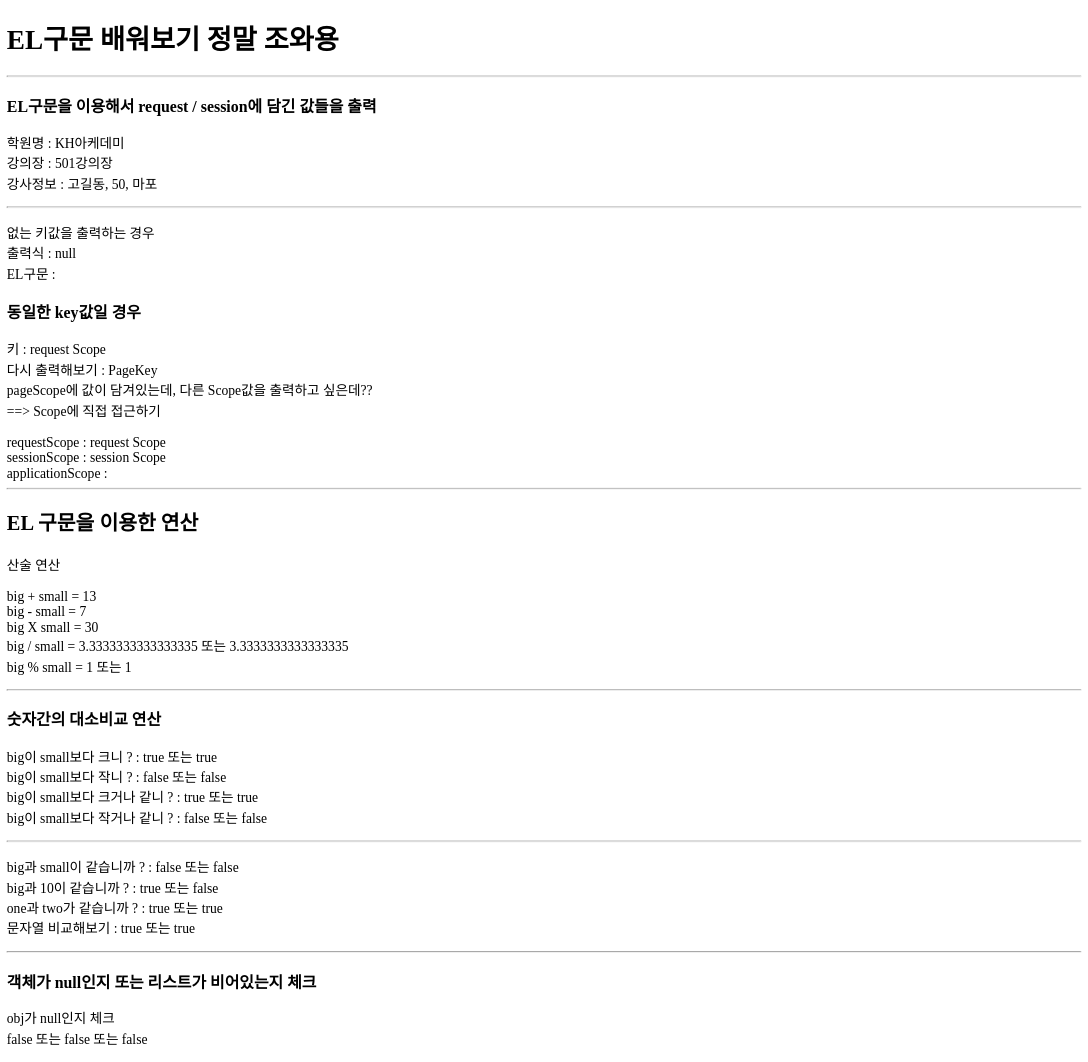
Repository: ghksl0204-shapa/dynamic-web
Page: http://localhost/ActionProject/el.do
An editor plug-in stored every save of this project. The page is shown before and after the next save, followed by the edit.
The browser window is 1280 px wide. The pictures show the whole page, at 85% of full size.
The page is served by Tomcat 9.

Above is the page before, as saved 2026-05-06 06:42:54.

After the next save:
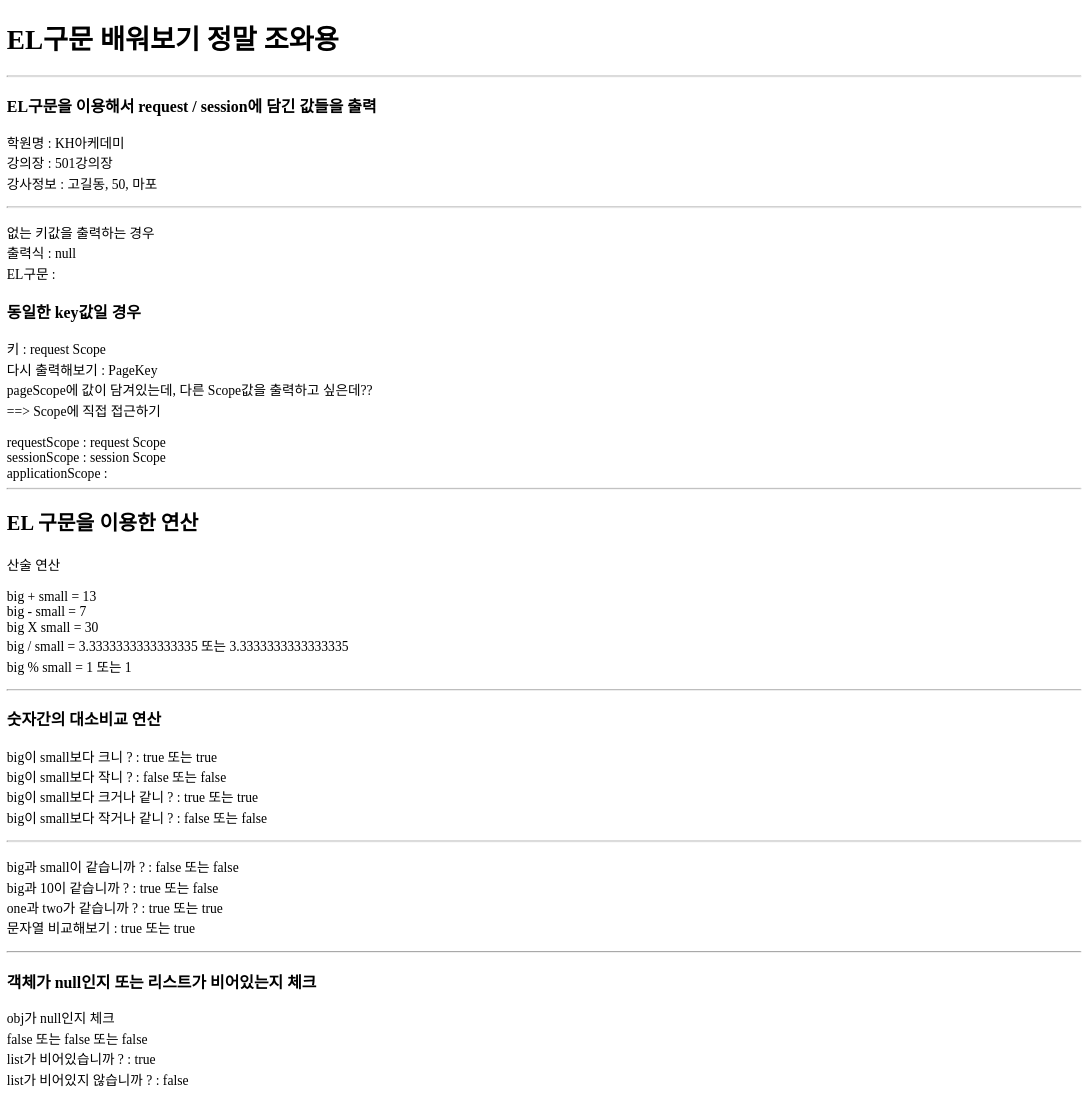
Saved 64 s later.
--- a/ActionProject/src/main/webapp/WEB-INF/views/01_el.jsp
+++ b/ActionProject/src/main/webapp/WEB-INF/views/01_el.jsp
@@ -132,6 +132,9 @@
 	<p>
 		obj가 null인지 체크 <br>
 		${ obj == null } 또는 ${ obj eq null } 또는 ${ empty obj } <br>
+
+		list가 비어있습니까 ? : ${ empty list } <br>
+		list가 비어있지 않습니까 ? : ${ !empty list } <br>
 	</p>
 
 
